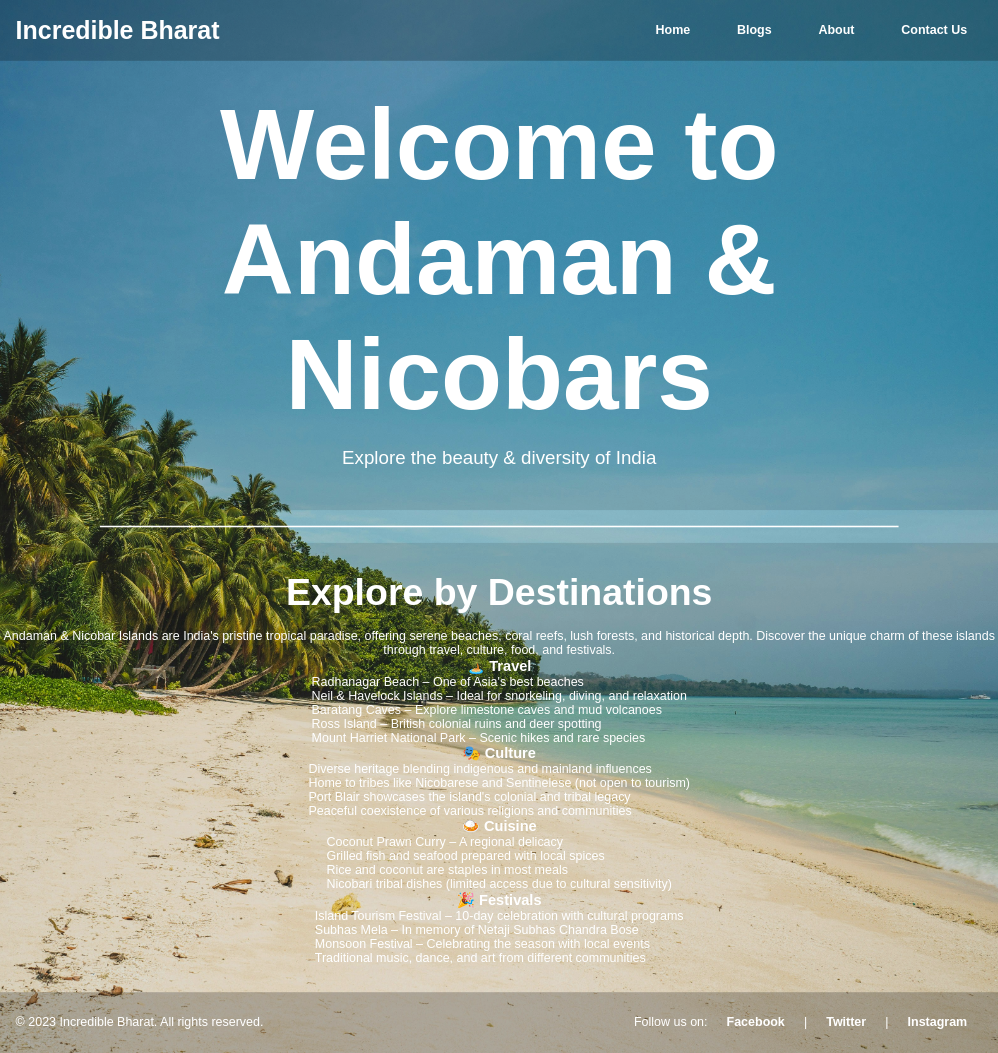
Repository: jaidhiman111/incrediblebharat
Page: destinations/Andaman&Nicobar.html
An editor plug-in stored every save of this project. The page is shown before and after the next save, followed by the edit.
The browser window is 1280 px wide. The pictures show the whole page, at 78% of full size.

Above is the page before, as saved 2025-04-30 23:14:21.

After the next save:
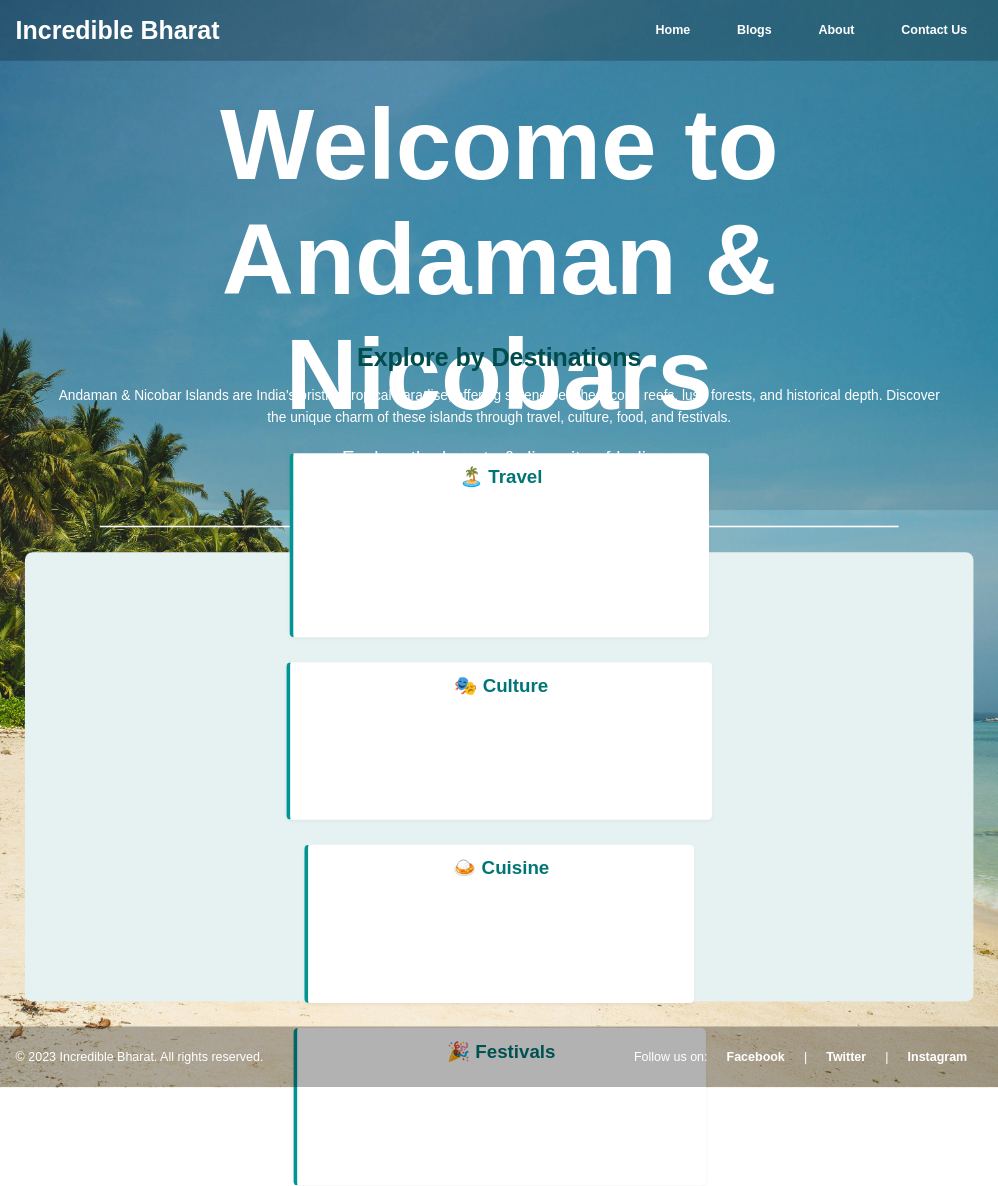
Saved 85 s later.
--- a/assets/style.css
+++ b/assets/style.css
@@ -173,3 +173,51 @@ hr {
     transform: scale(1.1);
 
 }
+
+/* This is for media queries */
+/* --- Andaman & Nicobar Page Enhancements --- */
+
+.state-section {
+    padding: 2rem;
+    background-color: #e6f2f2;
+    border-radius: 10px;
+    margin: 2rem;
+}
+
+.state-section h2 {
+    font-size: 2rem;
+    margin-bottom: 1rem;
+    color: #014d4e;
+}
+
+.state-section p {
+    font-size: 1.1rem;
+    margin-bottom: 2rem;
+    line-height: 1.6;
+}
+
+.category {
+    margin-bottom: 2rem;
+    padding: 1rem;
+    background-color: #ffffff;
+    border-left: 5px solid #019494;
+    box-shadow: 0 2px 5px rgba(0, 0, 0, 0.05);
+    border-radius: 6px;
+}
+
+.category h3 {
+    font-size: 1.5rem;
+    color: #007575;
+    margin-bottom: 0.5rem;
+}
+
+.category ul {
+    padding-left: 1.2rem;
+    list-style-type: disc;
+    line-height: 1.6;
+}
+
+.category ul li {
+    margin-bottom: 0.5rem;
+    font-size: 1rem;
+}
